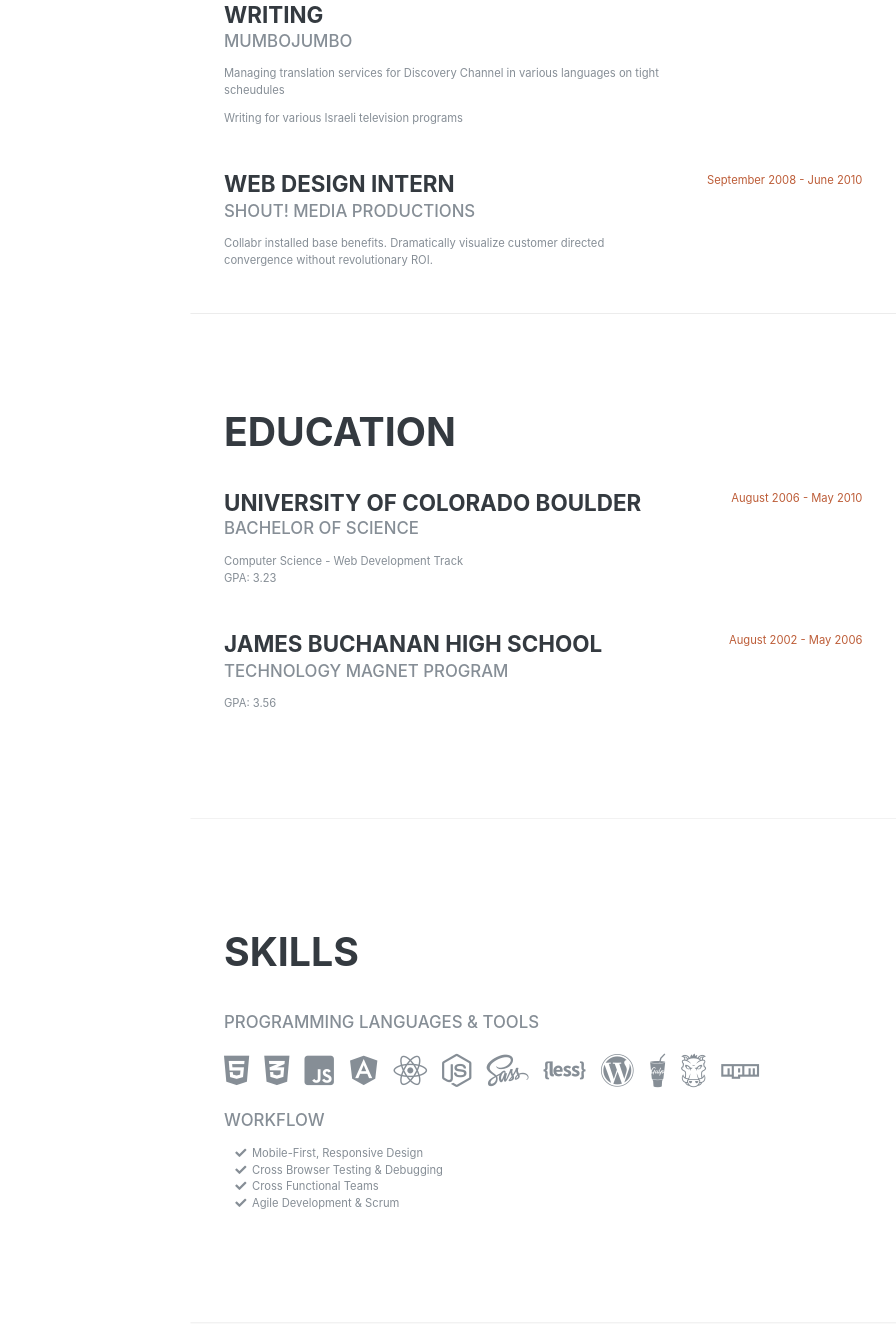
Repository: AlonGur/resume
Page: index.html
The author's editor kept a copy of each file at every save. The page is drawn from the files as they stood at one save, then again after the next save.
The browser window is 1280 px wide. The pictures show the part of the page from y = 1099 to 3019 px (the page is 4430 px tall before and 4390 px after), at 70% of full size.
Some web fonts or font styles are not loaded; a fallback is used.

Above is the page before, as saved 2019-06-07 15:54:28.

After the next save:
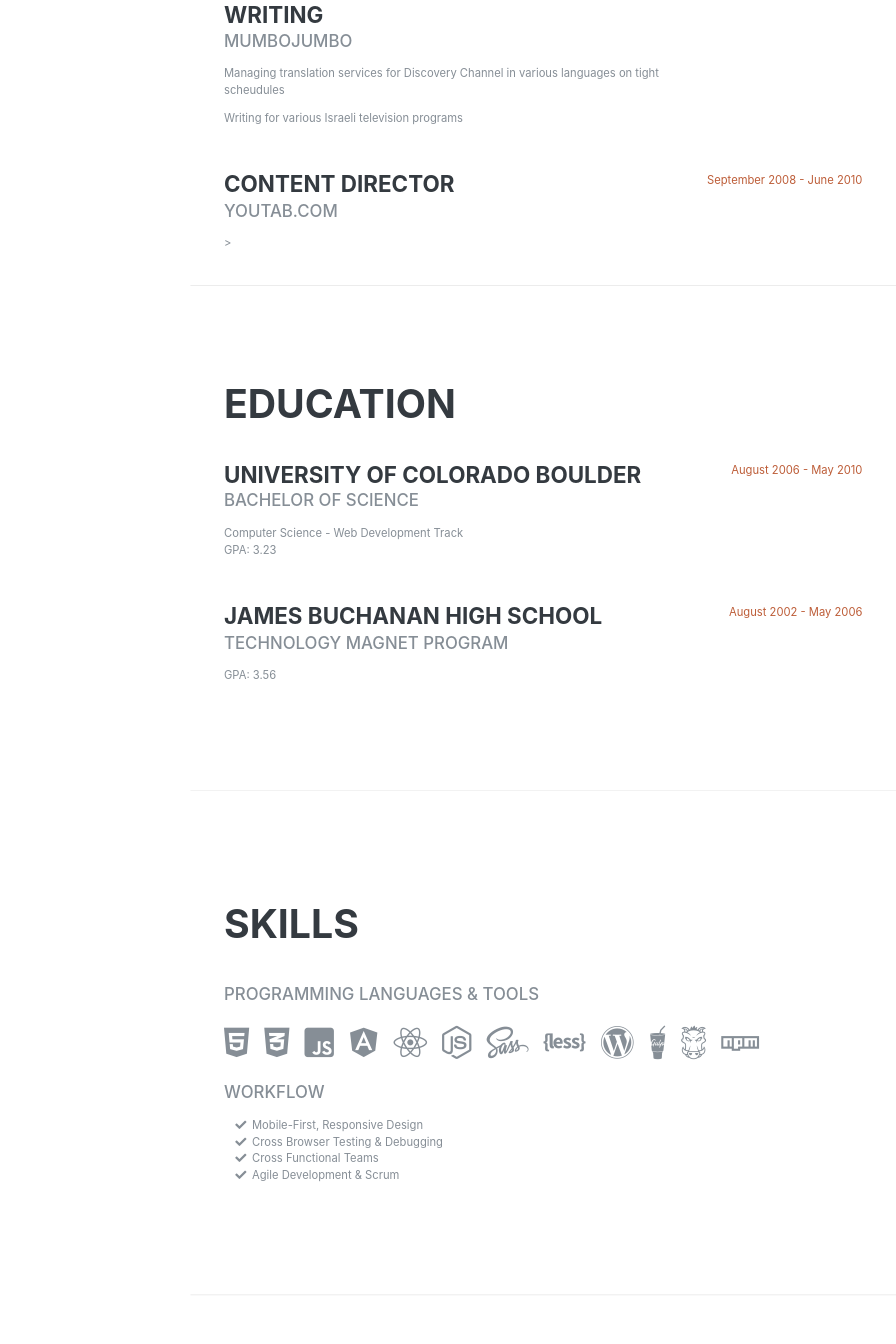
Saved 21 s later.
--- a/index.html
+++ b/index.html
@@ -117,10 +117,9 @@
 
         <div class="resume-item d-flex flex-column flex-md-row justify-content-between">
           <div class="resume-content">
-            <h3 class="mb-0">Web Design Intern</h3>
-            <div class="subheading mb-3">Shout! Media Productions</div>
-            <p>Collabr installed base benefits. Dramatically visualize customer directed convergence without revolutionary ROI.</p>
-          </div>
+            <h3 class="mb-0">Content Director</h3>
+            <div class="subheading mb-3">YouTab.com</div>
+<p></p>>          </div>
           <div class="resume-date text-md-right">
             <span class="text-primary">September 2008 - June 2010</span>
           </div>
